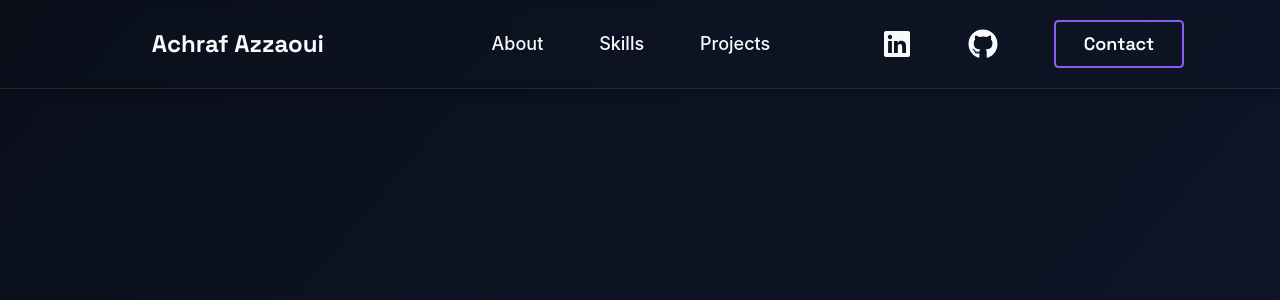
Repository: AchrafAzzaoui/Portfolio-Website
Page: / (app in achrafs-portfolio/)
These files come from the project's save history. The page is drawn as it stood at one moment and after the next save; the edit follows.
The browser window is 1280 px wide. The pictures show the whole page.
Some web fonts or font styles are not loaded; a fallback is used. The project was rebuilt for these pictures with package versions that can differ from the ones it lists, and the page was loaded fresh each time. Also part of the build but not shown: achrafs-portfolio/vite.config.ts.

Above is the page before, as saved 2025-01-04 19:01:08.

After the next save:
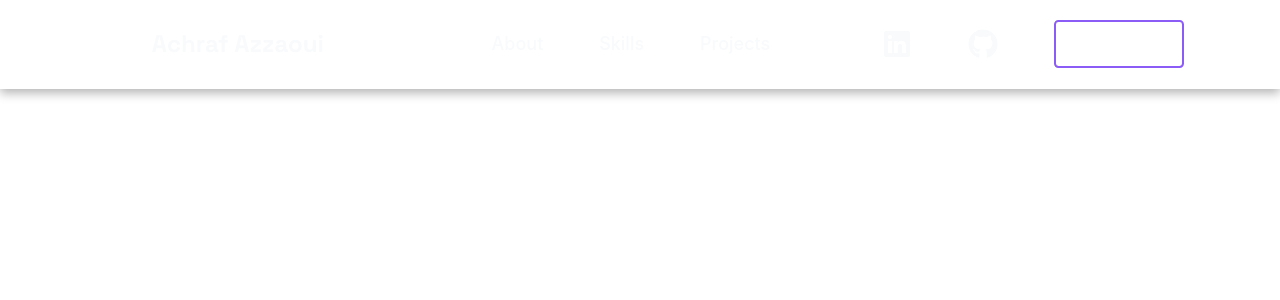
Saved 119 s later.
--- a/achrafs-portfolio/tailwind.config.js
+++ b/achrafs-portfolio/tailwind.config.js
@@ -6,8 +6,7 @@
   theme: {
     extend: {
       backgroundImage: {
-        "gradient-dark":
-          "linear-gradient(130deg, #0A0F1A 0%, #0C1322 40%, #0E1628 100%)",
+        "gradient-dark": "#0A0E1C", //"linear-gradient(130deg, #0A0F1A 0%, #0C1322 40%, #0E1628 100%)"",
         "gradient-light":
           "linear-gradient(130deg, #F8FAFC 0%, #EEF2F6 40%, #E2E8F0 100%)", // Light theme gradient
       },

After the save that followed:
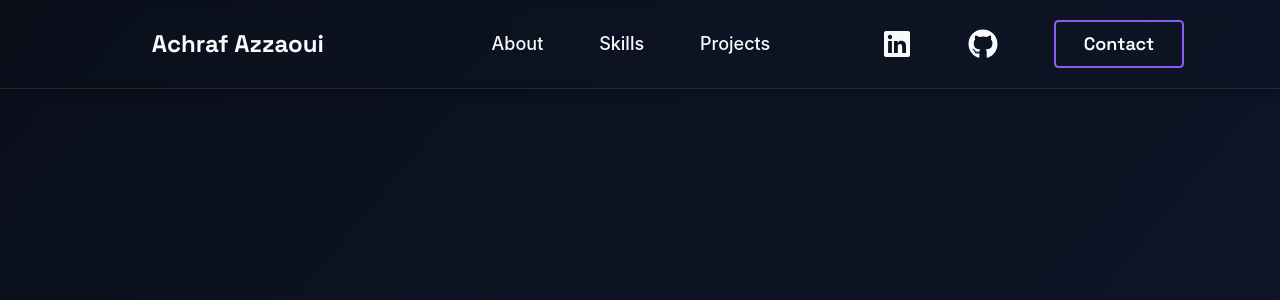
Saved 18 s later.
--- a/achrafs-portfolio/tailwind.config.js
+++ b/achrafs-portfolio/tailwind.config.js
@@ -6,7 +6,8 @@
   theme: {
     extend: {
       backgroundImage: {
-        "gradient-dark": "#0A0E1C", //"linear-gradient(130deg, #0A0F1A 0%, #0C1322 40%, #0E1628 100%)"",
+        "gradient-dark":
+          "linear-gradient(130deg, #0A0F1A 0%, #0C1322 40%, #0E1628 100%)",
         "gradient-light":
           "linear-gradient(130deg, #F8FAFC 0%, #EEF2F6 40%, #E2E8F0 100%)", // Light theme gradient
       },
